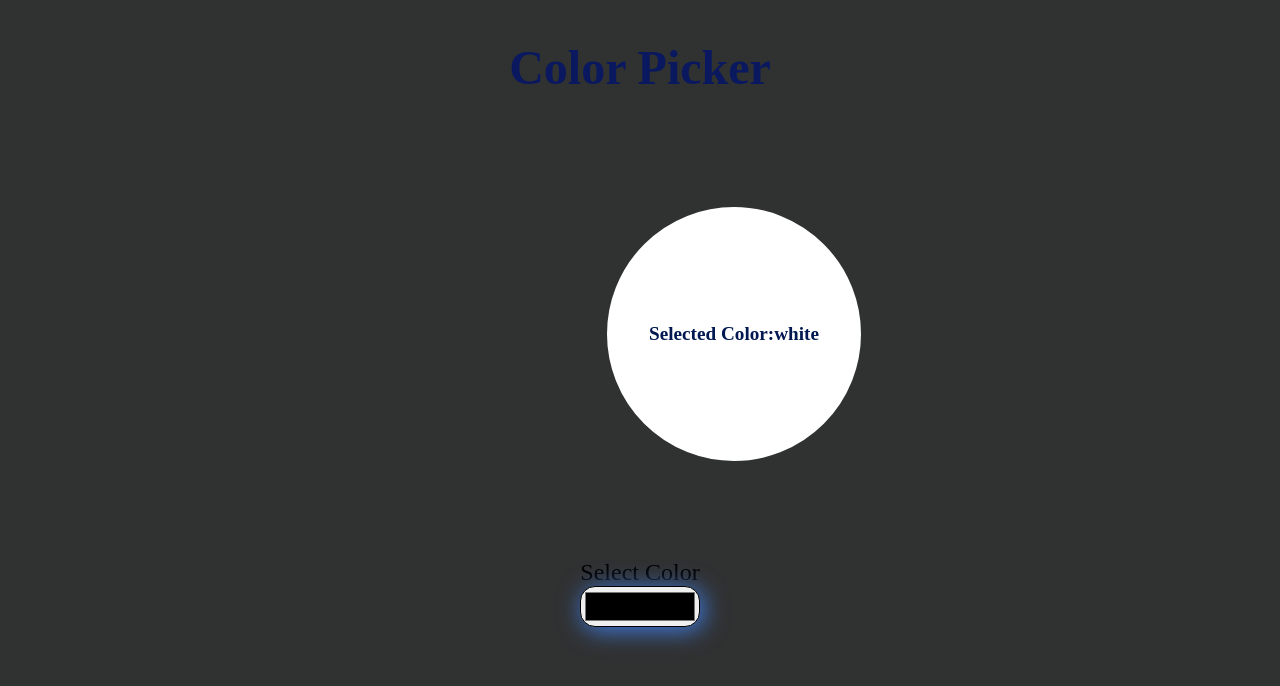
Repository: rkrukshan/Color-Picker--React-
Page: /
The author's editor kept a copy of each file at every save. The page is drawn from the files as they stood at one save, then again after a run of saves.
The browser window is 1280 px wide. The pictures show the whole page.
The project was rebuilt for these pictures with package versions that can differ from the ones it lists, and the page was loaded fresh each time. Also part of the build but not shown: vite.config.js.

Above is the page before, as saved 2024-07-21 19:02:03.

After the next 2 saves:
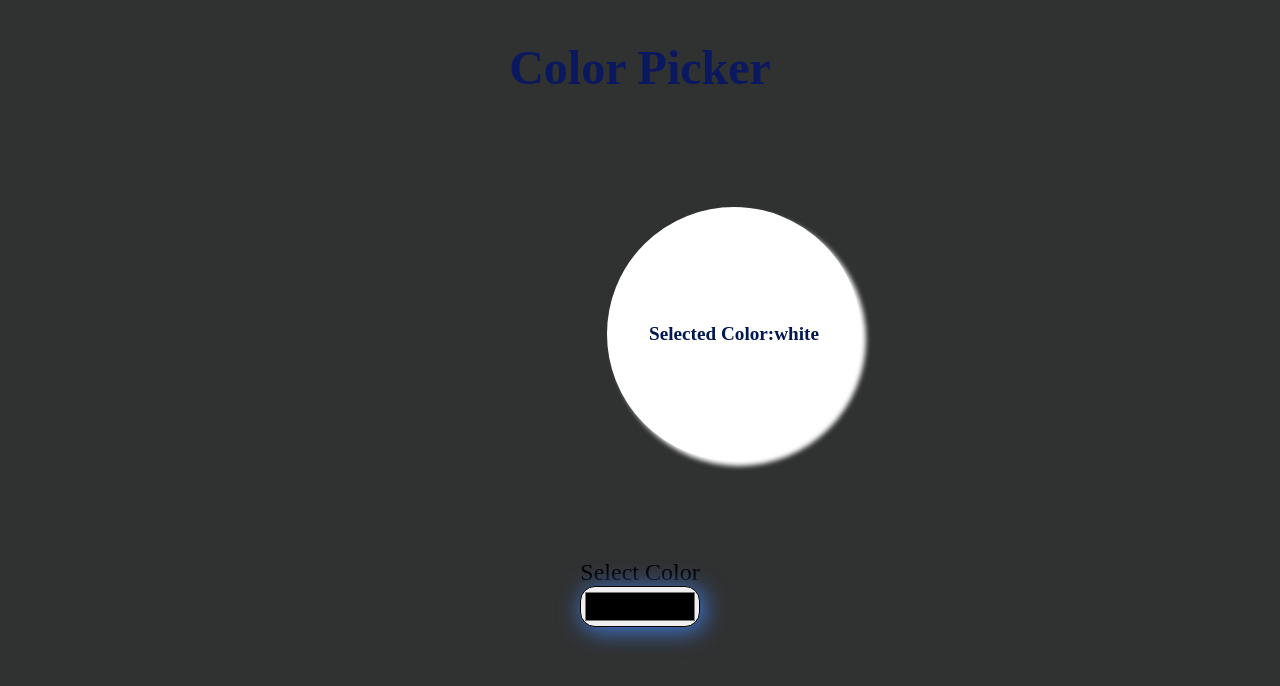
The 2 saves are shown as one change because they came seconds apart.
The last was saved 8 s later.
--- a/src/index.css
+++ b/src/index.css
@@ -22,6 +22,7 @@ body{
   align-items: center;
   border:2px solid rgb(255, 255, 255);
   border-radius: 50%;
+  box-shadow:5px 5px 5px rgb(255, 255, 255);
   transition: .25s;
 }
 .selectedlabel
